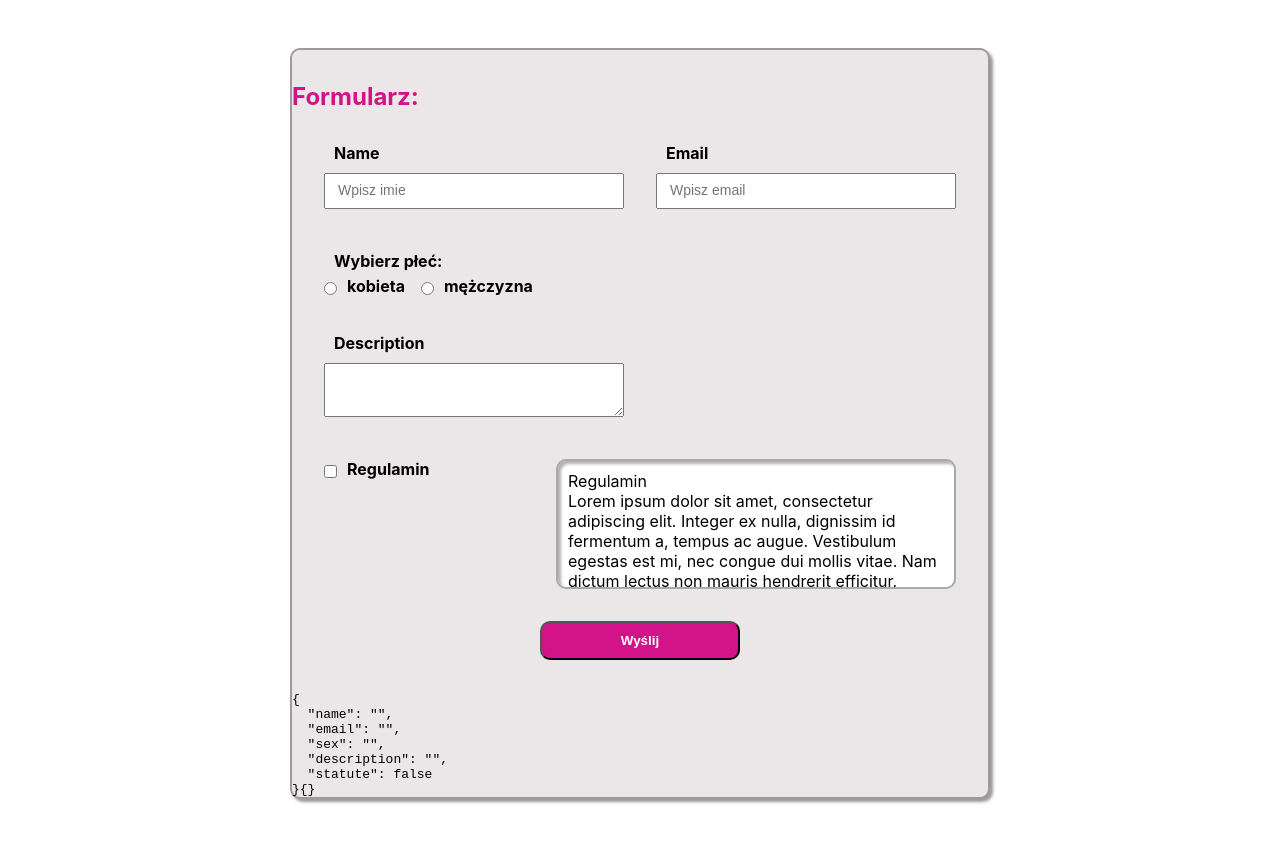
Repository: KrzysKolo/sr_tydzien4_zad3
Page: /
The author's editor kept a copy of each file at every save. The page is drawn from the files as they stood at one save, then again after the next save.
The browser window is 1280 px wide. The pictures show the whole page.
The project was rebuilt for these pictures with package versions that can differ from the ones it lists, and the page was loaded fresh each time. Also part of the build but not shown: src/components/FormComponents/TextError.js.

Above is the page before, as saved 2020-11-19 14:25:24.

After the next save:
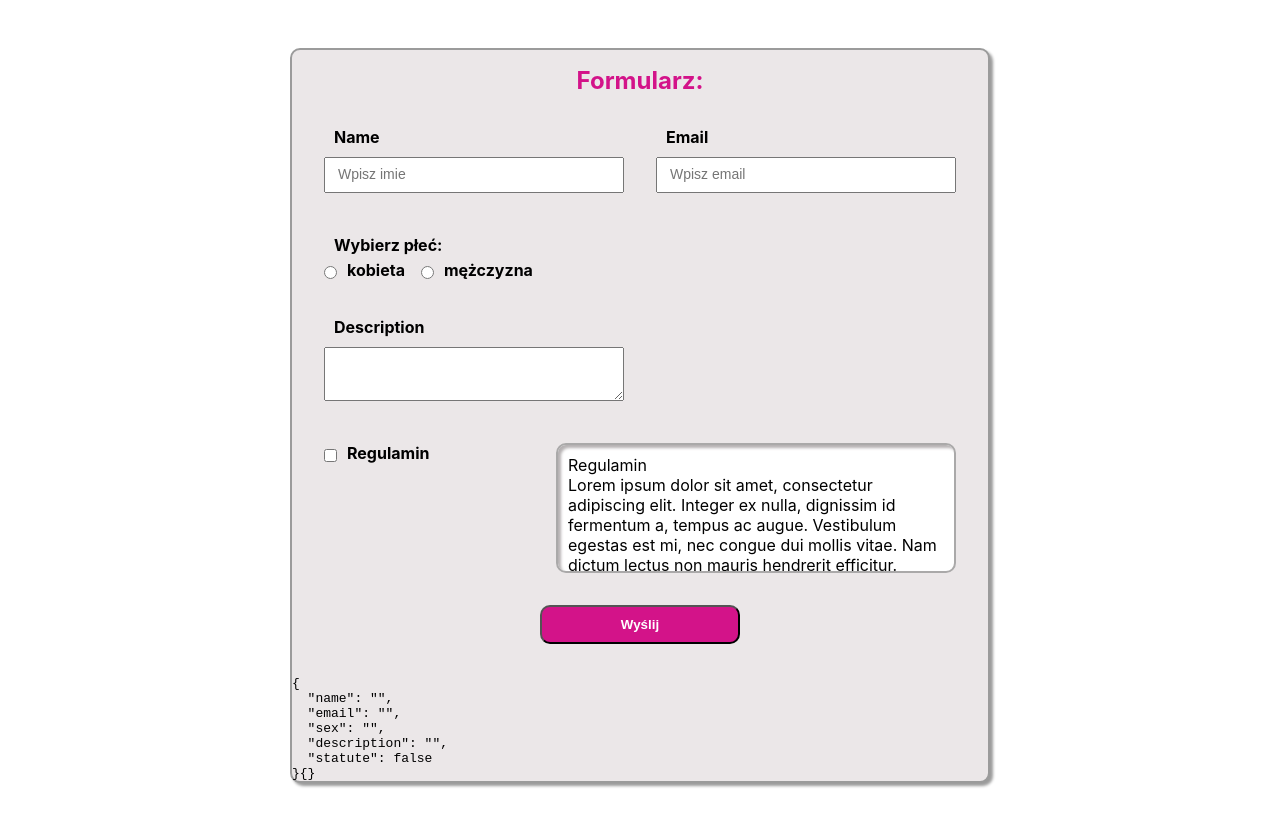
Saved 49 s later.
--- a/src/App.css
+++ b/src/App.css
@@ -69,5 +69,7 @@ textarea {
 }
 .header {
   color: rgba(211, 19, 137, 1);
-  margin: 2rem auto;
+  margin: 1rem auto;
+  text-align: center;
+  font-weight: bold;
 }
